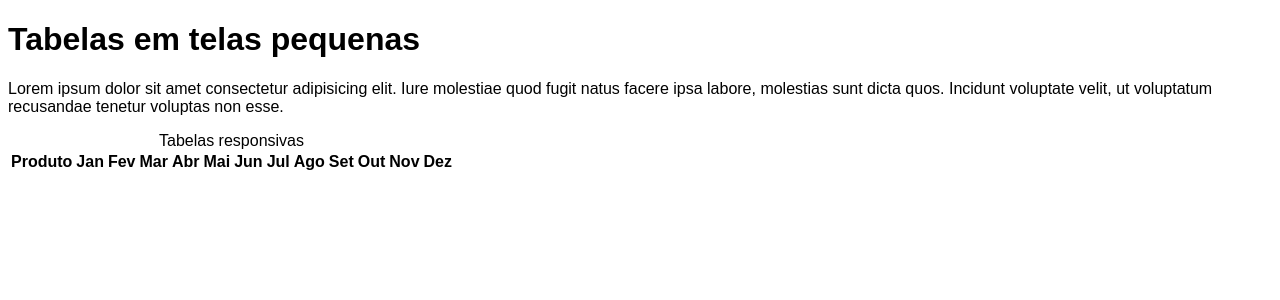
Repository: railsondev/html-css
Page: Módulo3/Exercicios/Ex02 - Tabelas/tabela005.html
These files come from the project's save history. The page is drawn as it stood at one moment and after a run of saves; the edit follows.
The browser window is 1280 px wide. The pictures show the whole page.

Above is the page before, as saved 2024-10-22 15:07:04.

### Módulo3/Exercicios/Ex02 - Tabelas/tabela005.html
<!DOCTYPE html>
<html lang="pt-br">
<head>
  <meta charset="UTF-8">
  <meta name="viewport" content="width=device-width, initial-scale=1.0">
  <title>Tabelas responsivas</title>
  <link rel="stylesheet" href="src/css/estilo05.css">
</head>
<body>
  <h1>Tabelas em telas pequenas</h1>
  <p>Lorem ipsum dolor sit amet consectetur adipisicing elit. Iure molestiae quod fugit natus facere ipsa labore, molestias sunt dicta quos. Incidunt voluptate velit, ut voluptatum recusandae tenetur voluptas non esse.</p>
  <table>
    <caption>Tabelas responsivas</caption>
    <tr>
      <th>Produto</th>
      <th>Jan</th>
      <th>Fev</th>
      <th>Mar</th>
      <th>Abr</th>
      <th>Mai</th>
      <th>Jun</th>
      <th>Jul</th>
      <th>Ago</th>
      <th>Set</th>
      <th>Out</th>
      <th>Nov</th>
      <th>Dez</th>
    </tr>
  </table>
</body>
</html>

### Módulo3/Exercicios/Ex02 - Tabelas/src/css/estilo05.css
@charset 'UTF-8';

body {
  font-family: Arial, Helvetica, sans-serif;
}

table {

}

After the next 5 saves:
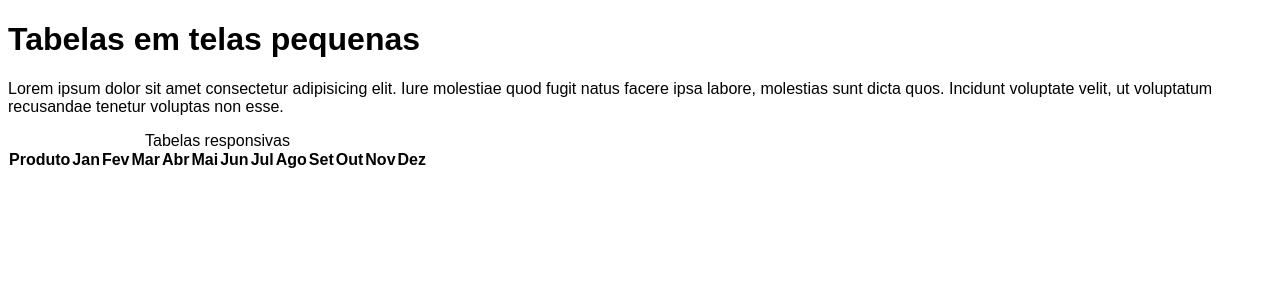
The 5 saves are shown as one change because they came seconds apart.
The last was saved 11 s later.
--- a/Módulo3/Exercicios/Ex02 - Tabelas/src/css/estilo05.css
+++ b/Módulo3/Exercicios/Ex02 - Tabelas/src/css/estilo05.css
@@ -5,5 +5,5 @@ body {
 }
 
 table {
-
+  border-collapse: collapse;
 }
